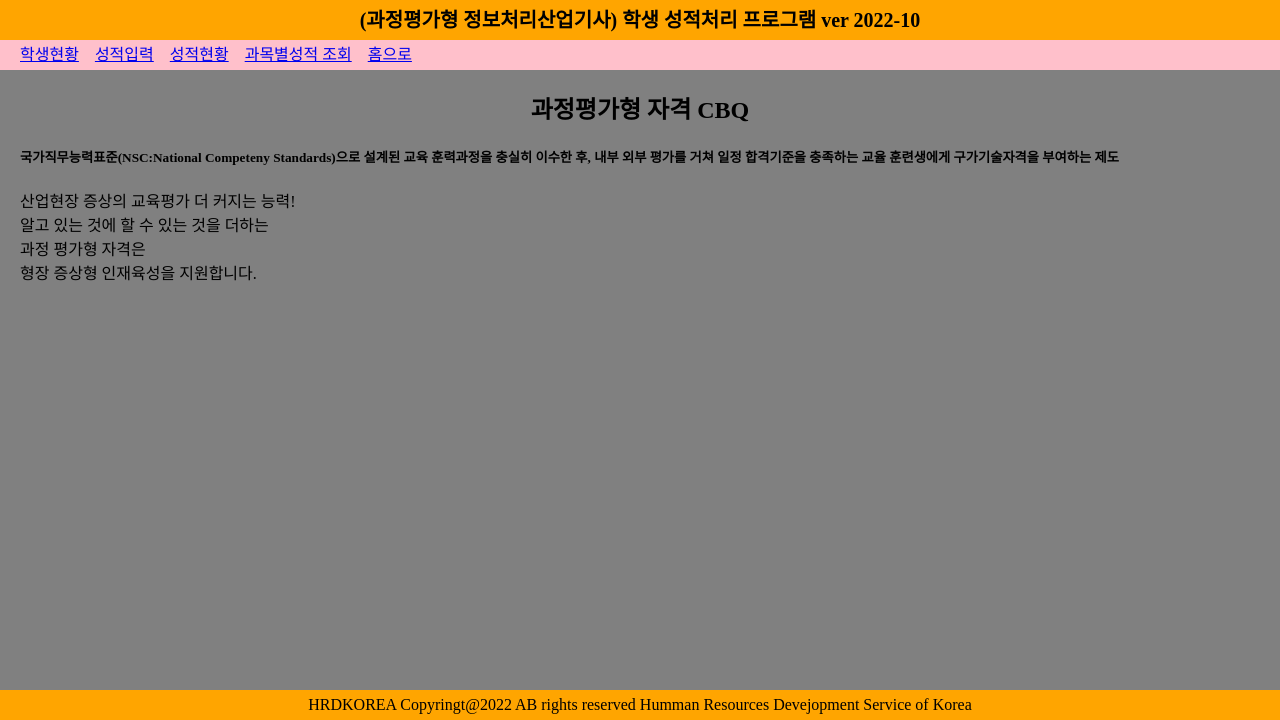
Repository: wjdwlgns1101/school_hrd
Page: http://localhost/school_30111/insert.jsp
The author's editor kept a copy of each file at every save. The page is drawn from the files as they stood at one save, then again after the next save.
The browser window is 1280 px wide. The pictures show the whole page.
The page is served by Tomcat 9.

Above is the page before, as saved 2024-04-29 08:22:29.

After the next save:
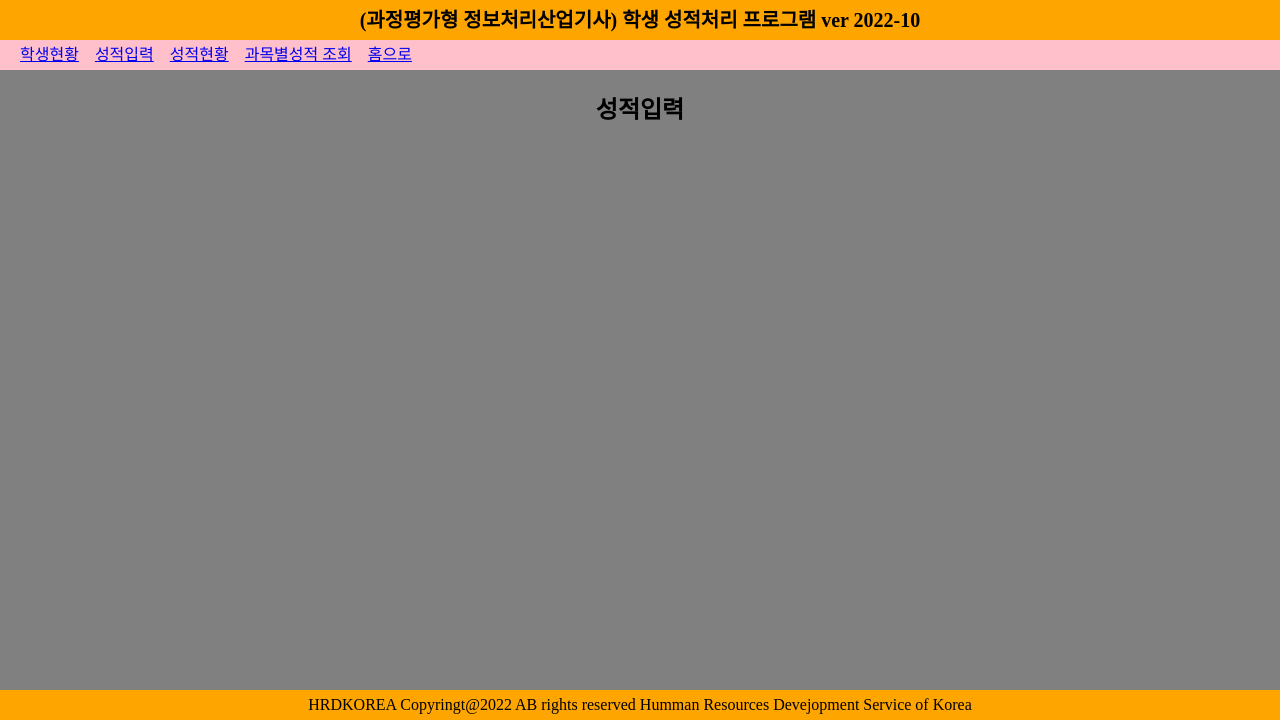
Saved 25 s later.
--- a/hrd_30111_school2 완성/school_30111/src/main/webapp/insert.jsp
+++ b/hrd_30111_school2 완성/school_30111/src/main/webapp/insert.jsp
@@ -11,15 +11,8 @@
 <jsp:include page="header.jsp"></jsp:include>
 
 <section style="position: fixed; background-color: gray; width: 100%; top: 70px; height: 100%; left: 0;">
-	<h2 style="text-align: center;"><b>과정평가형 자격 CBQ</b></h2>
-	<h5 style="padding-left: 20px"> 국가직무능력표준(NSC:National Competeny Standards)으로 설계된 교육 훈력과정을 충실히 이수한 후, 내부 외부 평가를 거쳐 일정 합격기준을 충족하는 교율 훈련생에게 구가기술자격을 부여하는 제도 </h5>
-	<p style="padding-left: 20px">
-	산업현장 증상의 교육평가 더 커지는 능력! <br>
-	알고 있는 것에 할 수 있는 것을 더하는 <br>
-	과정 평가형 자격은 <br>
-	형장 증상형 인재육성을 지원합니다.
+	<h2 style="text-align: center;"><b>성적입력</b></h2>
 
-	</p>
 
 </section>
 
